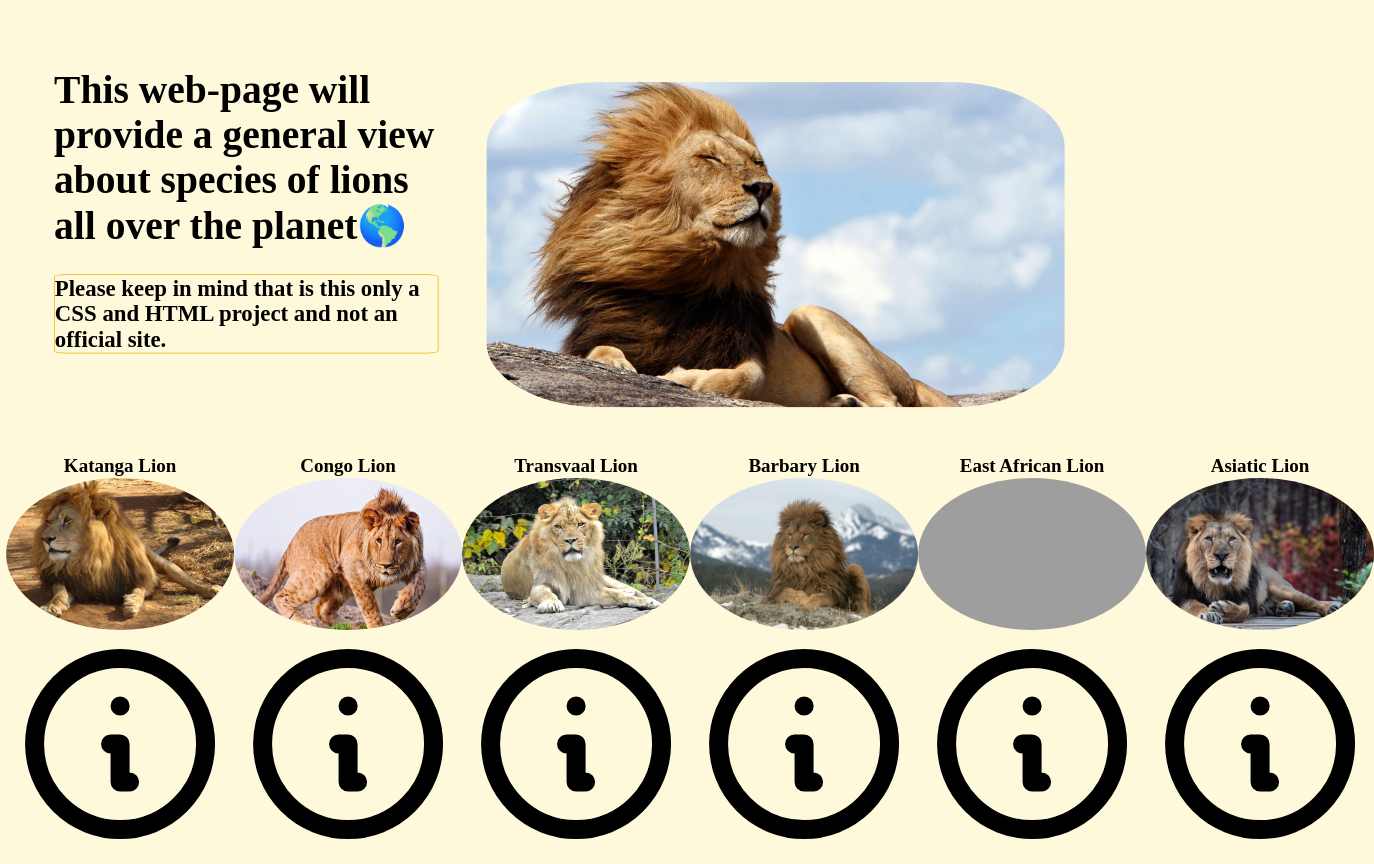
Repository: GeorgeManias/lions_project
Page: index.html
The author's editor kept a copy of each file at every save. The page is drawn from the files as they stood at one save, then again after the next save.
The browser window is 1280 px wide. The page is 1808 px wide, so the pictures cover 1808 px, including what lies to the right of the window. The pictures show the whole page, at 76% of full size.
Pictures or frames that could not be fetched are drawn as grey boxes.

Above is the page before, as saved 2021-11-03 21:13:07.

### index.html
<!DOCTYPE html>
<html lang="en">
  <head>
    <link rel="stylesheet" href="index.css" />
    <link
      href="https://fonts.googleapis.com/css2?family=Roboto:ital@1&display=swap"
      rel="stylesheet"
    />
    <title>King of the Jungle</title>
  </head>
  <div class="container">
    <!--This will be the container fro the main_page-->

    <body>
      <!--Class above will support the grid between header and main photo-->
      <div class="headers_and_mainphoto">
        <header>
          <!--This area will be for the upper body part-->
          <h1 class="main_header">
            This web-page will provide a general view about species of lions all
            over the planet🌎
          </h1>
          <h2 class="project_header">
            Please keep in mind that is this only a CSS and HTML project and not
            an official site.
          </h2>
        </header>
        <img
          src="pictures/main_lion.jpg"
          alt="main_lion_photo"
          class="main_photo"
        />
      </div>

      <!--Multiple Pictures Grid Start----------------------------------------------------------------------------------------------->
      <div class="grid_with_6_pictures">
        <!--Katanga_Lion_Start-->
        <h3 id="katanga_title_cord" class="titles_6">Katanga Lion</h3>
        <img
          src="pictures/katanga_lion.jpg"
          alt="katanga_lion"
          id="katanga_img_cord"
          class="img_6"
        />
        <svg
          xmlns="http://www.w3.org/2000/svg"
          class="h-6 w-6"
          fill="none"
          viewBox="0 0 24 24"
          stroke="currentColor"
        >
          <path
            stroke-linecap="round"
            stroke-linejoin="round"
            stroke-width="2"
            d="M13 16h-1v-4h-1m1-4h.01M21 12a9 9 0 11-18 0 9 9 0 0118 0z"
          />
        </svg>
        <!--Katanga_Lion_End-->

        <!--Congo_Lion_Start-->
        <h3 id="congo_title_cord" class="titles_6">Congo Lion</h3>
        <img
          src="pictures/congo_lion.jpg"
          alt="congo_lion"
          id="congo_img_cord"
          class="img_6"
        />
        <svg
          xmlns="http://www.w3.org/2000/svg"
          class="h-6 w-6"
          fill="none"
          viewBox="0 0 24 24"
          stroke="currentColor"
        >
          <path
            stroke-linecap="round"
            stroke-linejoin="round"
            stroke-width="2"
            d="M13 16h-1v-4h-1m1-4h.01M21 12a9 9 0 11-18 0 9 9 0 0118 0z"
          />
        </svg>
        <!--Congo_Lion_End-->

        <!--Transvaal_Lion_Start-->
        <h3 id="Transvaal_title_cord" class="titles_6">Transvaal Lion</h3>
        <img
          src="pictures/Transvaal_lion.jpg"
          alt="Transvaal_lion"
          id="Transvaal_img_cord"
          class="img_6"
        />
        <svg
          xmlns="http://www.w3.org/2000/svg"
          class="h-6 w-6"
          fill="none"
          viewBox="0 0 24 24"
          stroke="currentColor"
        >
          <path
            stroke-linecap="round"
            stroke-linejoin="round"
            stroke-width="2"
            d="M13 16h-1v-4h-1m1-4h.01M21 12a9 9 0 11-18 0 9 9 0 0118 0z"
          />
        </svg>
        <!--Transvaal_Lion_End-->

        <!--barbary_Lion_Start-->
        <h3 id="barbary_title_cord" class="titles_6">Barbary Lion</h3>
        <img
          src="pictures/barbary_lion.jpg"
          alt="barbary_lion"
          id="barbary_img_cord"
          class="img_6"
        />
        <svg
          xmlns="http://www.w3.org/2000/svg"
          class="h-6 w-6"
          fill="none"
          viewBox="0 0 24 24"
          stroke="currentColor"
        >
          <path
            stroke-linecap="round"
            stroke-linejoin="round"
            stroke-width="2"
            d="M13 16h-1v-4h-1m1-4h.01M21 12a9 9 0 11-18 0 9 9 0 0118 0z"
          />
        </svg>
        <!--barbary_Lion_End-->

        <!--east_african_Lion_Start-->
        <h3 id="east_african_title_cord" class="titles_6">East African Lion</h3>
        <img
          src="pictures/east_african.jpg"
          alt="east_african_lion"
          id="east_african_img_cord"
          class="img_6"
        />
        <svg
          xmlns="http://www.w3.org/2000/svg"
          class="h-6 w-6"
          fill="none"
          viewBox="0 0 24 24"
          stroke="currentColor"
        >
          <path
            stroke-linecap="round"
            stroke-linejoin="round"
            stroke-width="2"
            d="M13 16h-1v-4h-1m1-4h.01M21 12a9 9 0 11-18 0 9 9 0 0118 0z"
          />
        </svg>
        <!--east_african_Lion_End-->

        <!--asiatic_Lion_Start-->
        <h3 id="asiatic_title_cord" class="titles_6">Asiatic Lion</h3>
        <img
          src="pictures/asiatic_lion.jpg"
          alt="asiatic_lion"
          id="asiatic_img_cord"
          class="img_6"
        />
        <svg
          xmlns="http://www.w3.org/2000/svg"
          class="h-6 w-6"
          fill="none"
          viewBox="0 0 24 24"
          stroke="currentColor"
        >
          <path
            stroke-linecap="round"
            stroke-linejoin="round"
            stroke-width="2"
            d="M13 16h-1v-4h-1m1-4h.01M21 12a9 9 0 11-18 0 9 9 0 0118 0z"
          />
        </svg>
        <!--Multiple Pictures Grid End----------------------------------------------------------------------------------------------->
      </div>
    </body>
  </div>
</html>

<!--1
  Katanga lion
  Congo Lion
  Transvaal lion
  East African lion
  Asiatic lion
  West African lion

-->

### index.css
/*

--- 01 TYPOGRAPHY SYSTEM

- Font sizes (px)
10 / 12 / 14 / 16 / 18 / 20 / 24 / 30 / 36 / 44 / 52 / 62 / 74 / 86 / 98

- Font weights
Default: 400
Medium: 500
Semi-bold: 600
Bold: 700

- Line heights
Default: 1
Small: 1.05
Medium: 1.2
Paragraph default: 1.6

- Letter spacing
-0.5px
0.75px

--- 02 COLORS

- Primary: ##fab005
- Tints:
#fff9db

- Shades:


- Accents:
- Greys

#888
#767676 (lightest grey allowed on #fff)
#6f6f6f (lightest grey allowed on #fdf2e9)
#555
#333

--- 05 SHADOWS

0 2.4rem 4.8rem rgba(0, 0, 0, 0.075);

--- 06 BORDER-RADIUS

Default: 9px
Medium: 11px

--- 07 WHITESPACE

- Spacing system (px)
2 / 4 / 8 / 12 / 16 / 24 / 32 / 48 / 64 / 80 / 96 / 128
*/

html {
  /*εδώ βάζω το 10 με σκοπο το αλλο να έχει ευκολο πολαπλασσιο του rem*/
  font-size: 10px;
  margin-left: 0%;
  margin-right: 0%;
}

body {
  background-color: #fff9db;
}

header {
  margin-left: 10%;
  margin-right: 10%;
}

.main_header {
  font-size: 5.2rem;
}

.project_header {
  font-size: 3rem;
  border: 0.1rem solid #fab005;
  border-radius: 3%;
}

.headers_and_mainphoto {
  /*Αυτο το πεδίο αναφέρεται στο grid*/
  display: grid;
  grid-template-columns: 50% 50%;
  align-items: center;
  margin-bottom: 3%;
}

.grid_with_6_pictures {
  display: grid;
  grid-template-columns: 1fr 1fr 1fr 1fr 1fr 1fr;
  grid-template-rows: auto 1fr auto;
  justify-items: center;
  align-items: flex-end;
}

.main_photo {
  width: 761px;
  margin-top: 100px;
  border-radius: 20%;
}

.img_6 {
  width: 300px;
  height: 200px;
  border-radius: 50%;
}

.titles_6 {
  font-size: 2.5rem;
  margin-bottom: 0.8%;
}

.info_svg {
  margin-top: 2.2%;
  width: 10%;
  stroke: azure;
}

/*//////////////////////////////////////////////////////////////////////////////////////////////////////////////////////////////////////////////////////////////////*/
/*Katanga Lion Cord Start*/
#katanga_title_cord {
  grid-column: 1/2;
  grid-row: 1/2;
}
#katanga_img_cord {
  grid-column: 1/2;
  grid-row: 2/3;
}

#katanga_info_cord {
  grid-column: 1/2;
  grid-row: 3/4;
}
/*Katanga Lion Cord End*/

/*Congo Lion Cord Start*/
#congo_title_cord {
  grid-column: 2/3;
  grid-row: 1/2;
}
#congo_img_cord {
  grid-column: 2/3;
  grid-row: 2/3;
}

#congo_info_cord {
  grid-column: 2/3;
  grid-row: 3/4;
}
/*Congo Lion Cord End*/

/*Transvaal Lion Cord Start*/
#Transvaal_title_cord {
  grid-column: 3/4;
  grid-row: 1/2;
}
#Transvaal_img_cord {
  grid-column: 3/4;
  grid-row: 2/3;
}

#Transvaal_info_cord {
  grid-column: 3/4;
  grid-row: 3/4;
}
/*Transvaal Lion Cord End*/

/*Congo Lion Cord End*/

/*barbary Lion Cord Start*/
#barbary_title_cord {
  grid-column: 4/5;
  grid-row: 1/2;
}
#barbary_img_cord {
  grid-column: 4/5;
  grid-row: 2/3;
}

#barbary_info_cord {
  grid-column: 4/5;
  grid-row: 3/4;
}
/*barbary Lion Cord End*/

/*east_african Lion Cord Start*/
#east_african_title_cord {
  grid-column: 5/6;
  grid-row: 1/2;
}
#east_african_img_cord {
  grid-column: 5/6;
  grid-row: 2/3;
}

#east_african_info_cord {
  grid-column: 5/6;
  grid-row: 3/4;
}
/*east_african Lion Cord End*/

/*asiatic Lion Cord Start*/
#asiatic_title_cord {
  grid-column: 6/7;
  grid-row: 1/2;
}
#asiatic_img_cord {
  grid-column: 6/7;
  grid-row: 2/3;
}

#asiatic_info_cord {
  grid-column: 6/7;
  grid-row: 3/4;
}
/*asiatic Lion Cord End*/
/*//////////////////////////////////////////////////////////////////////////////////////////////////////////////////////////////////////////////////////////////////*/

After the next save:
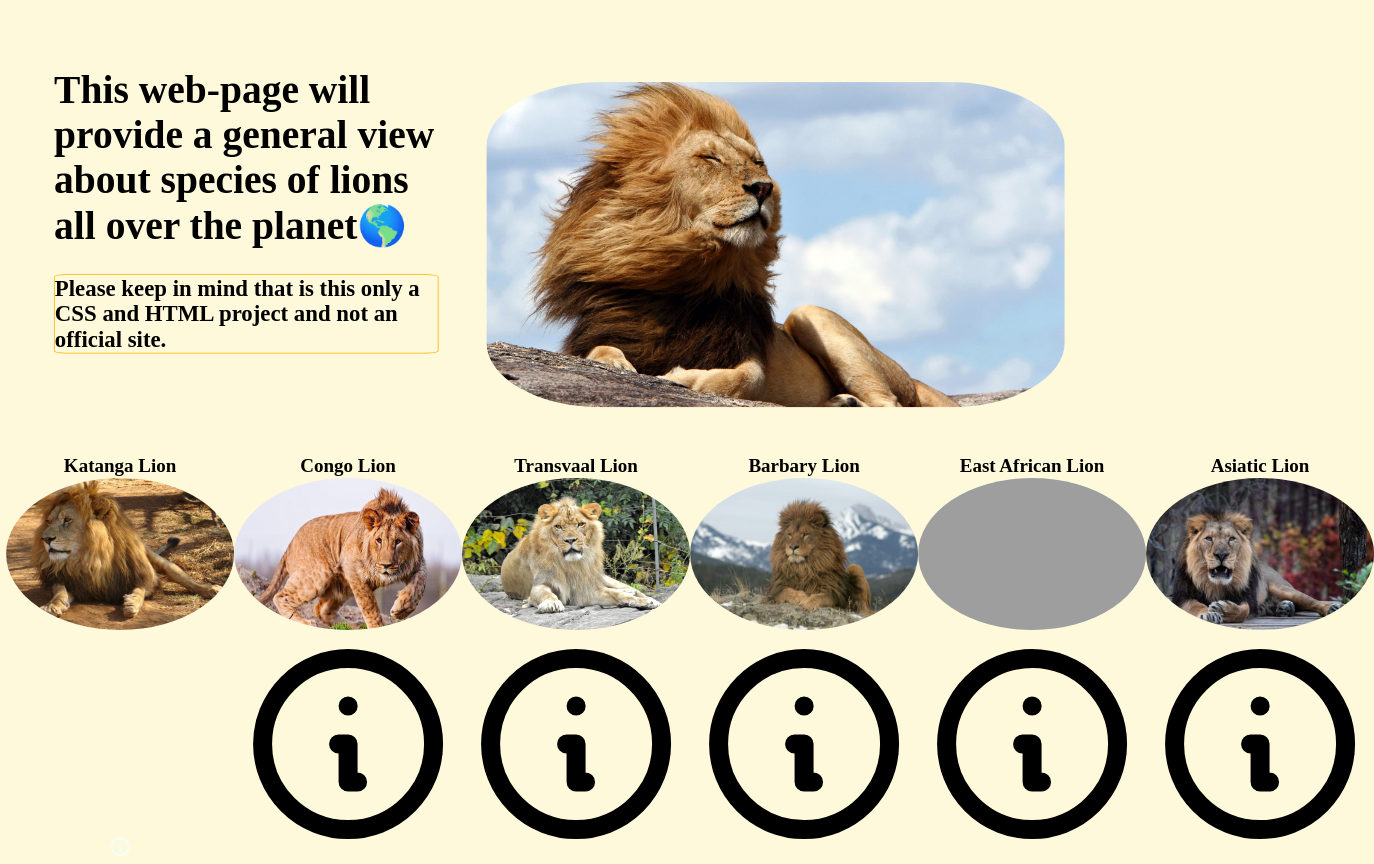
Saved 74 s later.
--- a/index.html
+++ b/index.html
@@ -43,6 +43,8 @@
           class="img_6"
         />
         <svg
+          class="info_svg"
+          id="katanga_info_cord"
           xmlns="http://www.w3.org/2000/svg"
           class="h-6 w-6"
           fill="none"
